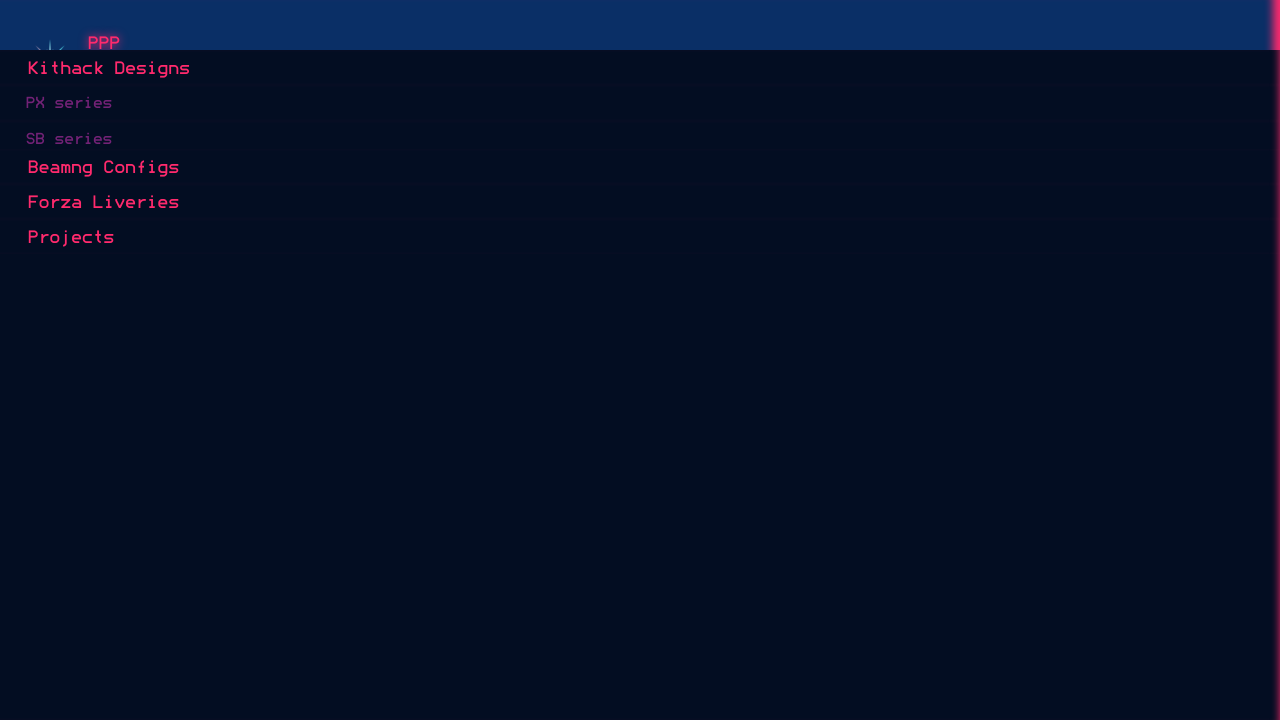
Repository: Pamishly/PamishlysPlayPlace
Page: navbar.html
These files come from the project's save history. The page is drawn as it stood at one moment and after the next save; the edit follows.
The browser window is 1280 px wide. The pictures show the whole page.

Above is the page before, as saved 2024-09-11 21:16:18.

After the next save:
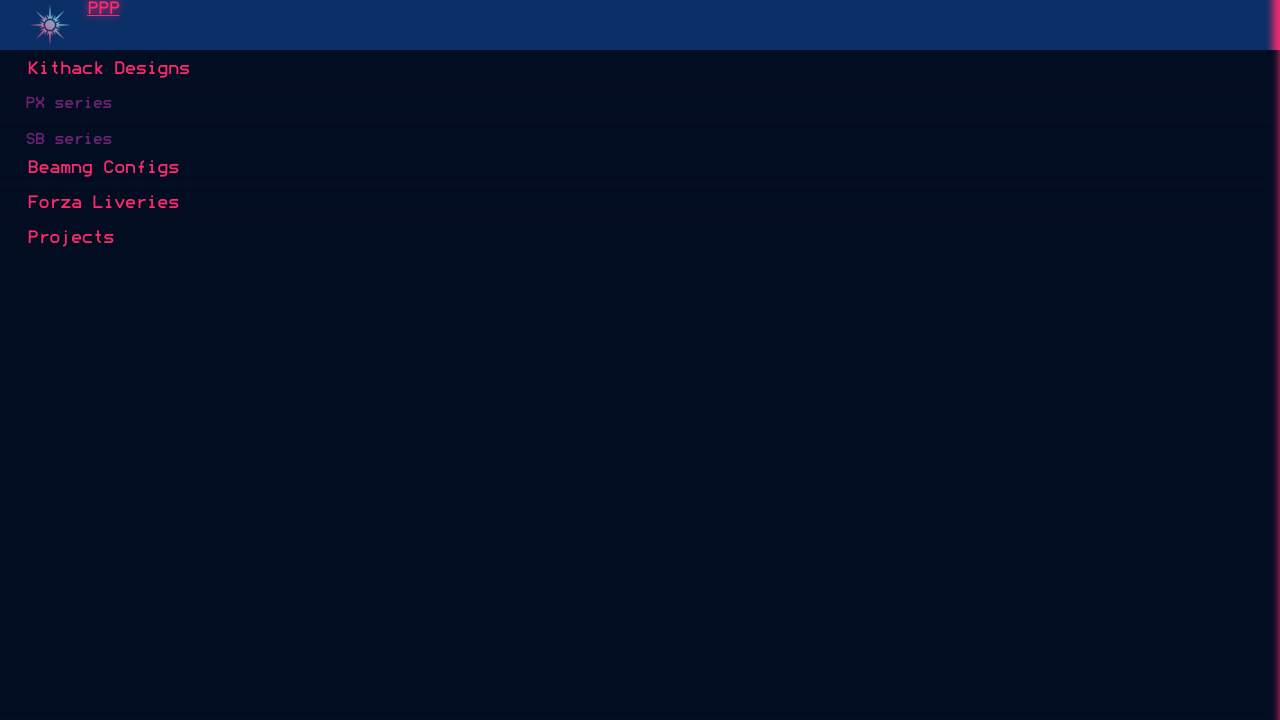
Saved 10 s later.
--- a/main.css
+++ b/main.css
@@ -107,7 +107,7 @@
 }
 .sitename label {
 	height: 50px;
-	padding: 35px 25px;
+	padding: 0px 25px;
 }
 .sitename img{
 	float:left;
